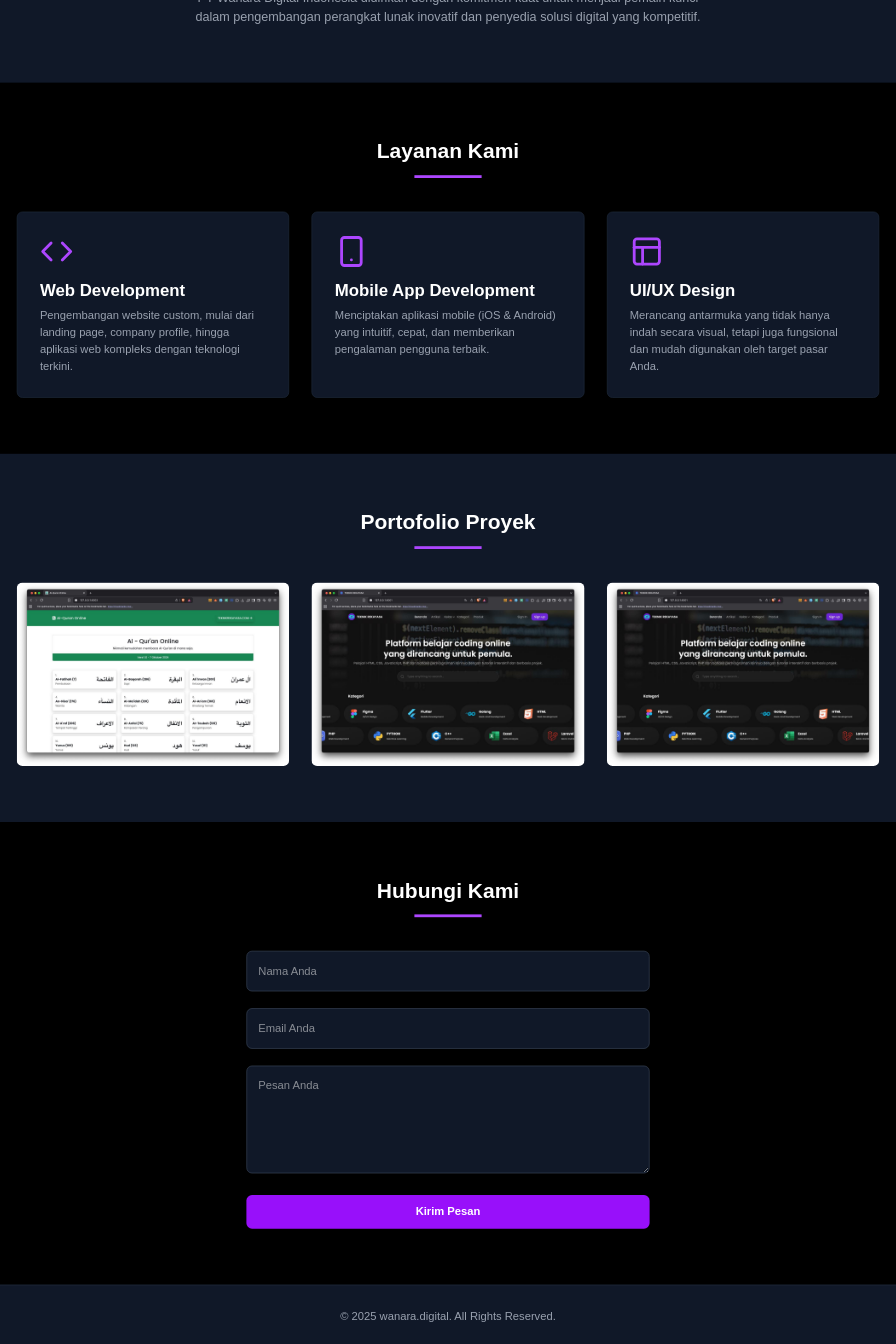
Repository: EmilMaulana/wanara-digital
Page: /
An editor plug-in stored every save of this project. The page is shown before and after the next save, followed by the edit.
The browser window is 1280 px wide. The pictures show the part of the page from y = 905 to 2825 px (the page is 2830 px tall), at 70% of full size.
The project was rebuilt for these pictures with package versions that can differ from the ones it lists, and the page was loaded fresh each time. The framework's server and built-in components were replaced by stand-ins that run in the browser. Also part of the build but not shown: next.config.mjs.

Above is the page before, as saved 2025-06-07 15:44:12.

After the next save:
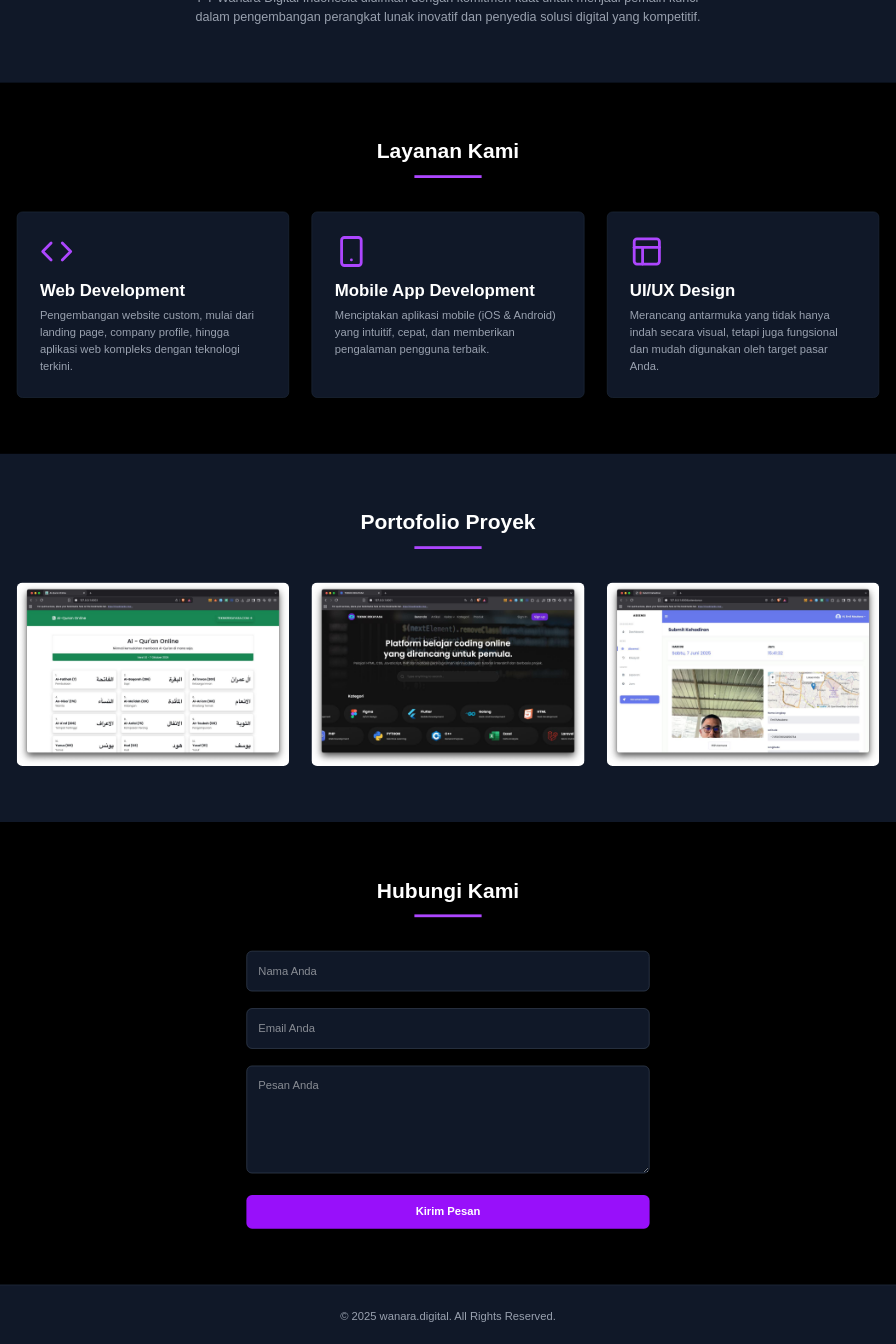
Saved 14 s later.
--- a/src/app/page.js
+++ b/src/app/page.js
@@ -113,10 +113,10 @@ export default function Home() {
                 </div>
               </div>
               <div className="group relative overflow-hidden rounded-lg">
-                <img src="./img/proyek 2.jpeg" alt="Proyek C" className="w-full h-full object-cover transition-transform duration-500 group-hover:scale-110" />
+                <img src="./img/proyek 4.jpeg" alt="Proyek C" className="w-full h-full object-cover transition-transform duration-500 group-hover:scale-110" />
                 <div className="absolute inset-0 bg-black bg-opacity-70 flex items-center justify-center opacity-0 group-hover:opacity-100 transition-opacity duration-300">
                    <div className="text-center">
-                    <h4 className="text-xl font-bold">Company Website</h4>
+                    <h4 className="text-xl font-bold">Website Absensi</h4>
                     <p className="text-sm text-gray-300">Web Aplication</p>
                   </div>
                 </div>
